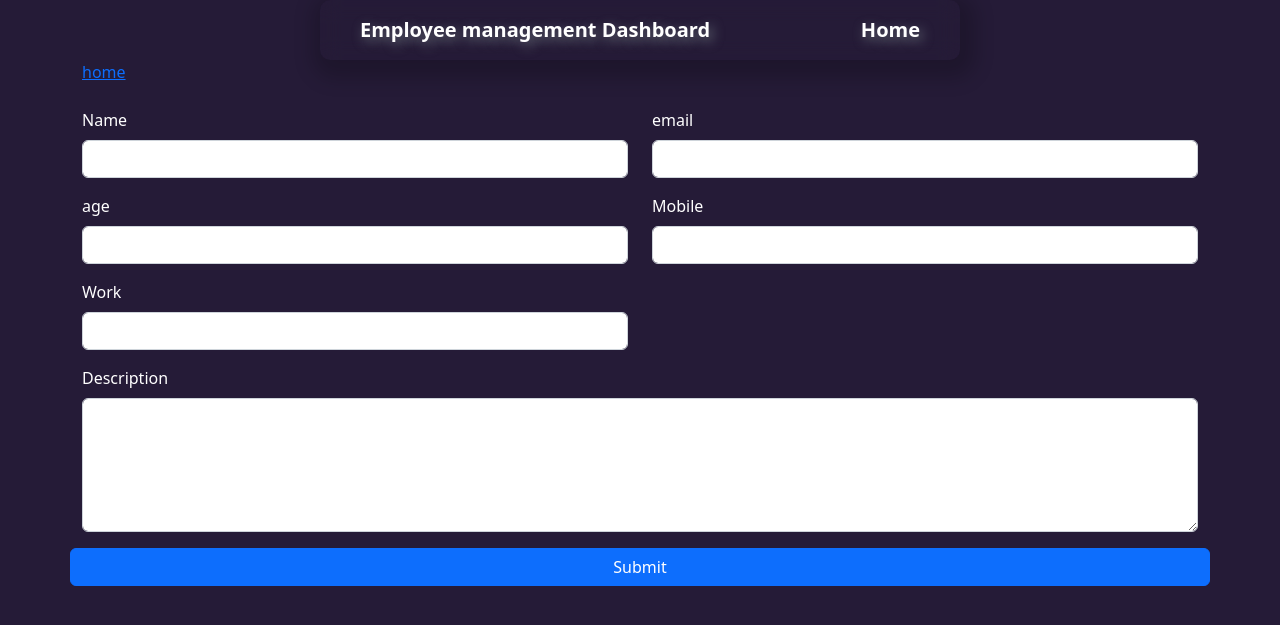
Repository: iamevs/Employee-Management-System
Page: /register (app in client/)
The author's editor kept a copy of each file at every save. The page is drawn from the files as they stood at one save, then again after the next save.
The browser window is 1280 px wide. The pictures show the whole page.
The project was rebuilt for these pictures with package versions that can differ from the ones it lists, and the page was loaded fresh each time. Also part of the build but not shown: client/vite.config.js, client/src/components/Home.jsx, client/src/components/Edit.jsx, client/src/components/Hero.jsx. Imported but missing from the stored project, and not drawn on this page: client/src/components/Details.

Above is the page before, as saved 2022-11-28 23:32:55.

After the next save:
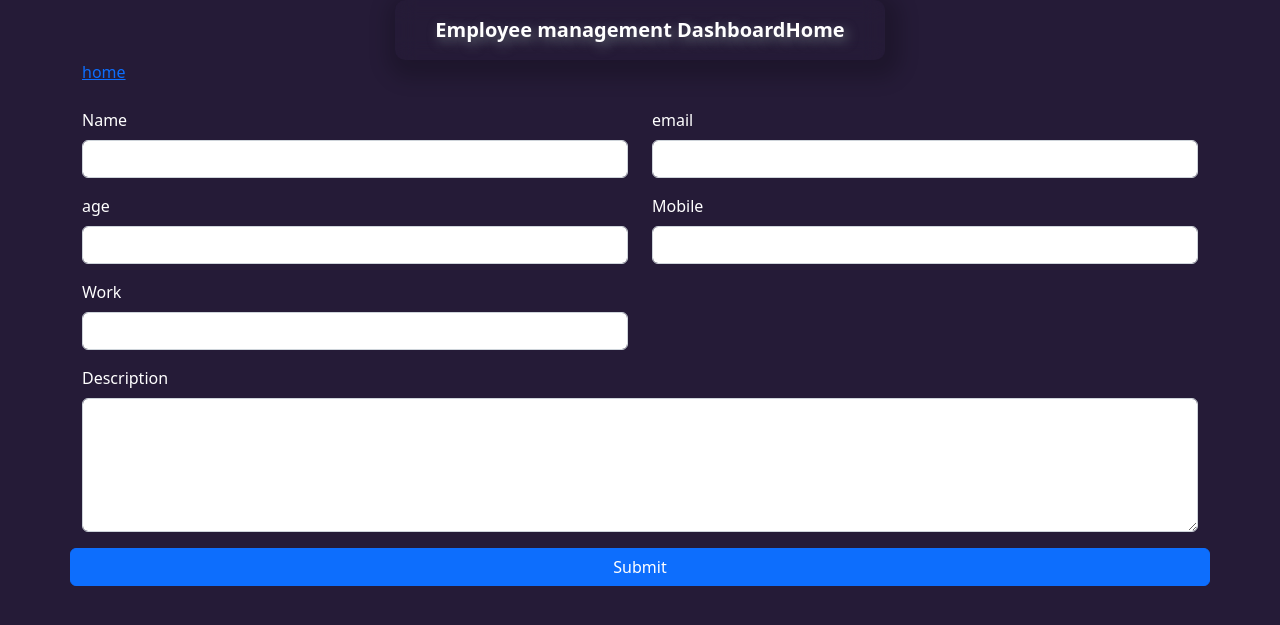
Saved 9 s later.
--- a/client/src/components/Navbar.jsx
+++ b/client/src/components/Navbar.jsx
@@ -14,7 +14,7 @@ const Navbar = () => {
                 boxShadow: "4px 7px 20px 11px rgb(0 0 0 / 20%)",
                 height: "60px",
                 padding: "0 40px 0 40px",
-                width: "50%",
+                width: "auto",
                 borderRadius: "10px"
             }}>
                 <Box sx={{
